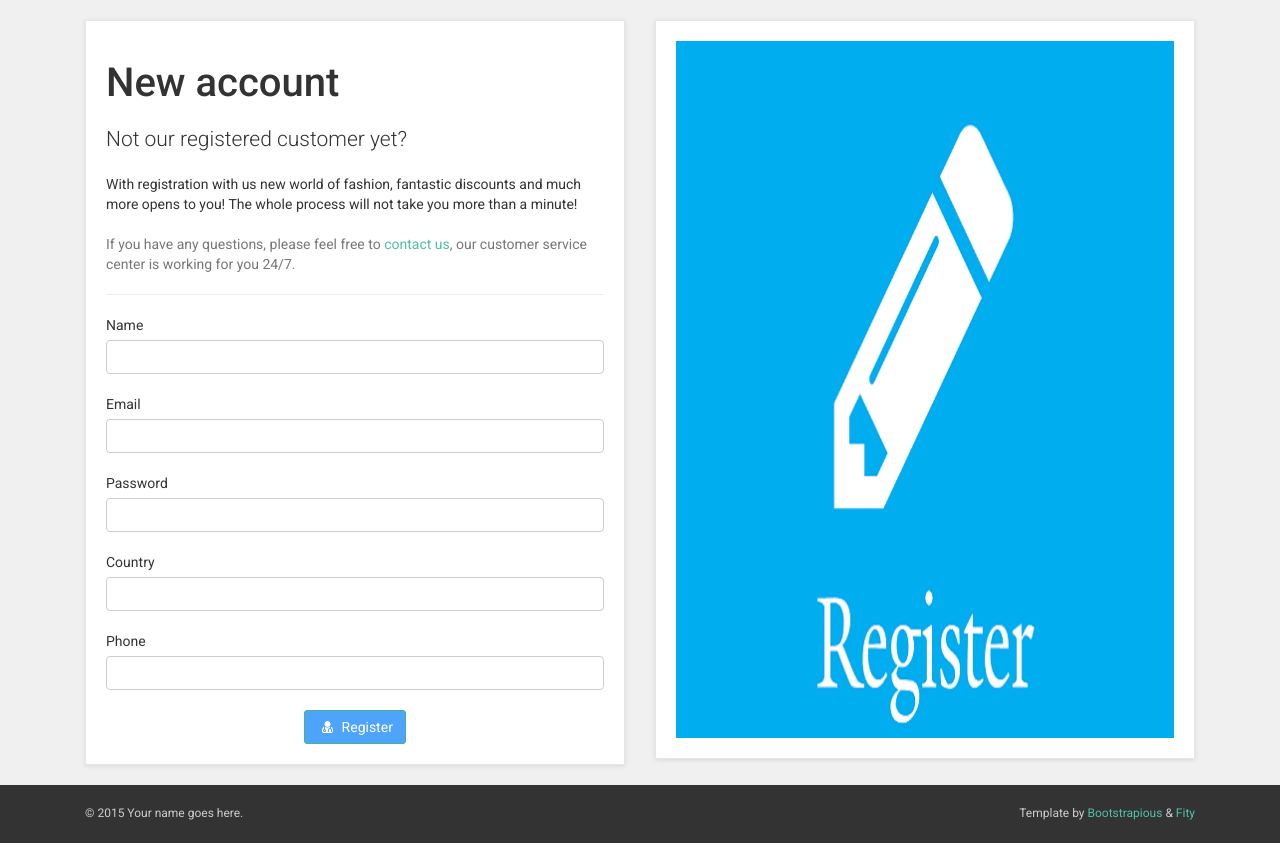
Repository: Sagnikb9/JavaDevops-Ecommerce
Page: http://localhost/MedioxyPharm/register
The author's editor kept a copy of each file at every save. The page is drawn from the files as they stood at one save, then again after the next save.
The browser window is 1280 px wide. The pictures show the whole page.
The page is served by Tomcat 9. Other server files are loaded and not shown.

Above is the page before, as saved 2017-10-01 23:36:22.

### MedioxyPharm/src/main/webapp/WEB-INF/dispatcher-servlet.xml
<beans xmlns="http://www.springframework.org/schema/beans"
        xmlns:mvc="http://www.springframework.org/schema/mvc"
        xmlns:xsi="http://www.w3.org/2001/XMLSchema-instance"
        xmlns:context="http://www.springframework.org/schema/context"
        xsi:schemaLocation="
                http://www.springframework.org/schema/beans
                http://www.springframework.org/schema/beans/spring-beans.xsd
                http://www.springframework.org/schema/mvc
                http://www.springframework.org/schema/mvc/spring-mvc.xsd
                http://www.springframework.org/schema/context
                http://www.springframework.org/schema/context/spring-context.xsd">


        <mvc:annotation-driven enable-matrix-variables="true"/>
        <context:component-scan base-package="controller"/>

   <bean id="jspViewResolver" class="org.springframework.web.servlet.view.InternalResourceViewResolver">

        <property name="prefix" value="/WEB-INF/views/"/>
        <property name="suffix" value=".jsp"/>

   </bean>
   <mvc:default-servlet-handler />

</beans>

### MedioxyPharm/src/main/webapp/WEB-INF/views/register.jsp
<!DOCTYPE html>
<html lang="en">

<head>

    <meta charset="utf-8">
    <meta name="robots" content="all,follow">
    <meta name="googlebot" content="index,follow,snippet,archive">
    <meta name="viewport" content="width=device-width, initial-scale=1">
    <meta name="description" content="Obaju e-commerce template">
    <meta name="author" content="Ondrej Svestka | ondrejsvestka.cz">
    <meta name="keywords" content="">

    <title>
        MedioxyPharm
    </title>

    <meta name="keywords" content="">

    <link href='http://fonts.googleapis.com/css?family=Roboto:400,500,700,300,100' rel='stylesheet' type='text/css'>

    <!-- styles -->
    <link href="css/font-awesome.css" rel="stylesheet">
    <link href="css/bootstrap.min.css" rel="stylesheet">
    <link href="css/animate.min.css" rel="stylesheet">
    <link href="css/owl.carousel.css" rel="stylesheet">
    <link href="css/owl.theme.css" rel="stylesheet">

    <!-- theme stylesheet -->
    <link href="css/style.default.css" rel="stylesheet" id="theme-stylesheet">

    <!-- your stylesheet with modifications -->
    <link href="css/custom.css" rel="stylesheet">

    <script src="js/respond.min.js"></script>

    <link rel="shortcut icon" href="favicon.png">



</head>

<body>

<br>







    <!-- *** NAVBAR END *** -->

    <div id="all">

        <div id="content">
            <div class="container">


                <div class="col-md-6">
                    <div class="box">
                        <h1>New account</h1>

                        <p class="lead">Not our registered customer yet?</p>
                        <p>With registration with us new world of fashion, fantastic discounts and much more opens to you! The whole process will not take you more than a minute!</p>
                        <p class="text-muted">If you have any questions, please feel free to <a href="contact.html">contact us</a>, our customer service center is working for you 24/7.</p>

                        <hr>

                        <form action="customer-orders.html" method="post">
                            <div class="form-group">
                                <label for="name">Name</label>
                                <input type="text" class="form-control" id="name">
                            </div>
                            <div class="form-group">
                                <label for="email">Email</label>
                                <input type="text" class="form-control" id="email">
                            </div>
                            <div class="form-group">
                                <label for="password">Password</label>
                                <input type="password" class="form-control" id="password">
                            </div>
                            <div class="form-group">
                                <label for="name">Country</label>
                                <input type="text" class="form-control" id="name">
                            </div>
                            <div class="form-group">
                                <label for="name">Phone</label>
                                <input type="text" class="form-control" id="name">
                            </div>
                            <div class="text-center">
                                <button type="submit" class="btn btn-primary"><i class="fa fa-user-md"></i> Register</button>
                            </div>
                        </form>
                    </div>
                </div>


<div class="col-md-6">
                    <div class="box">
                        <img src="img/regi.png" alt="" class="img-responsive">
                    </div>
                </div>

            </div>
            <!-- /.container -->
        </div>
        <!-- /#content -->



<br>



        <!-- *** COPYRIGHT ***
 _________________________________________________________ -->
        <div id="copyright">
            <div class="container">
                <div class="col-md-6">
                    <p class="pull-left">© 2015 Your name goes here.</p>

                </div>
                <div class="col-md-6">
                    <p class="pull-right">Template by <a href="https://bootstrapious.com/e-commerce-templates">Bootstrapious</a> & <a href="https://fity.cz">Fity</a>
                         <!-- Not removing these links is part of the license conditions of the template. Thanks for understanding :) If you want to use the template without the attribution links, you can do so after supporting further themes development at https://bootstrapious.com/donate  -->
                    </p>
                </div>
            </div>
        </div>
        <!-- *** COPYRIGHT END *** -->



    </div>
    <!-- /#all -->




    <!-- *** SCRIPTS TO INCLUDE ***
 _________________________________________________________ -->
    <script src="js/jquery-1.11.0.min.js"></script>
    <script src="js/bootstrap.min.js"></script>
    <script src="js/jquery.cookie.js"></script>
    <script src="js/waypoints.min.js"></script>
    <script src="js/modernizr.js"></script>
    <script src="js/bootstrap-hover-dropdown.js"></script>
    <script src="js/owl.carousel.min.js"></script>
    <script src="js/front.js"></script>



</body>

</html>

Loaded but not shown: MedioxyPharm/src/main/webapp/css/font-awesome.css (library); MedioxyPharm/src/main/webapp/css/bootstrap.min.css (library); MedioxyPharm/src/main/webapp/css/animate.min.css (library); MedioxyPharm/src/main/webapp/css/owl.carousel.css (common file); MedioxyPharm/src/main/webapp/css/owl.theme.css (common file); MedioxyPharm/src/main/webapp/css/custom.css (common file); MedioxyPharm/src/main/webapp/js/respond.min.js (library); MedioxyPharm/src/main/webapp/js/jquery-1.11.0.min.js (library); MedioxyPharm/src/main/webapp/js/bootstrap.min.js (library); MedioxyPharm/src/main/webapp/js/jquery.cookie.js (library); MedioxyPharm/src/main/webapp/js/waypoints.min.js (library); MedioxyPharm/src/main/webapp/js/modernizr.js (library); MedioxyPharm/src/main/webapp/js/bootstrap-hover-dropdown.js (library); MedioxyPharm/src/main/webapp/js/owl.carousel.min.js (library); MedioxyPharm/src/main/webapp/js/front.js (237 lines, source omitted); MedioxyPharm/src/main/webapp/css/style.default.css (1677 lines, source omitted)

After the next save:
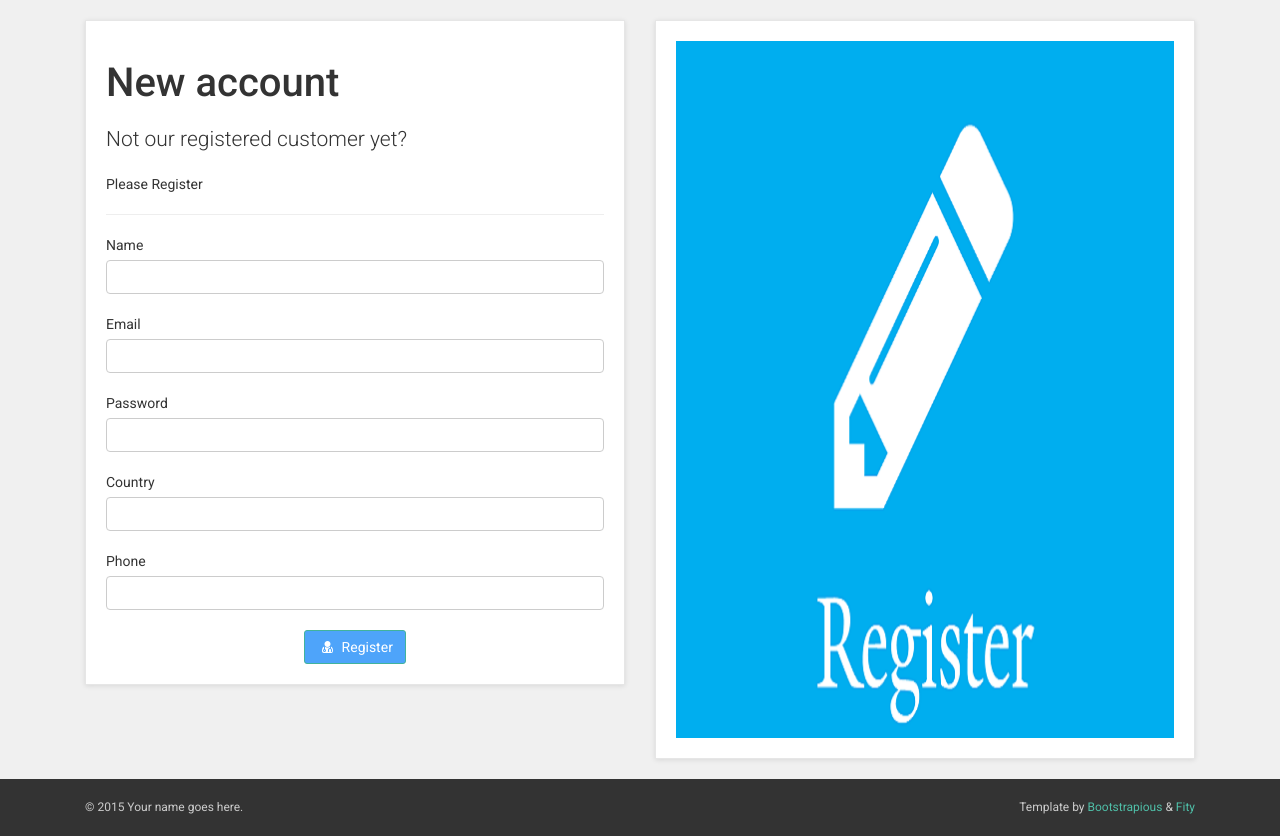
Saved 38 s later.
--- a/MedioxyPharm/src/main/webapp/WEB-INF/views/register.jsp
+++ b/MedioxyPharm/src/main/webapp/WEB-INF/views/register.jsp
@@ -63,8 +63,7 @@
                         <h1>New account</h1>
 
                         <p class="lead">Not our registered customer yet?</p>
-                        <p>With registration with us new world of fashion, fantastic discounts and much more opens to you! The whole process will not take you more than a minute!</p>
-                        <p class="text-muted">If you have any questions, please feel free to <a href="contact.html">contact us</a>, our customer service center is working for you 24/7.</p>
+                        <p>Please Register</p>
 
                         <hr>
 
